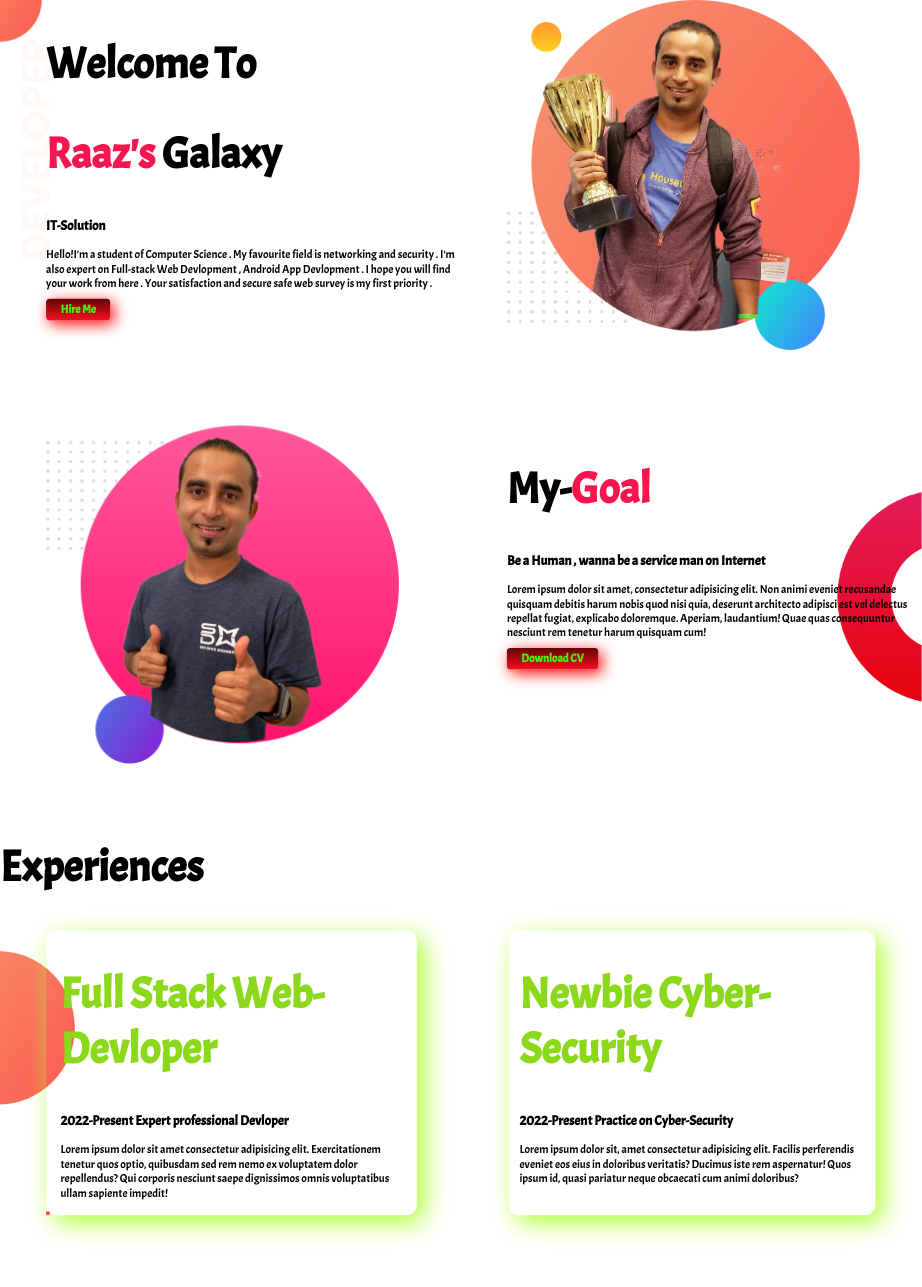
Repository: ramizraaz/my-portfolio
Page: about.html
The author's editor kept a copy of each file at every save. The page is drawn from the files as they stood at one save, then again after the next save.
The browser window is 1280 px wide. The pictures show the whole page, at 72% of full size.

Above is the page before, as saved 2022-01-18 16:36:18.

After the next save:
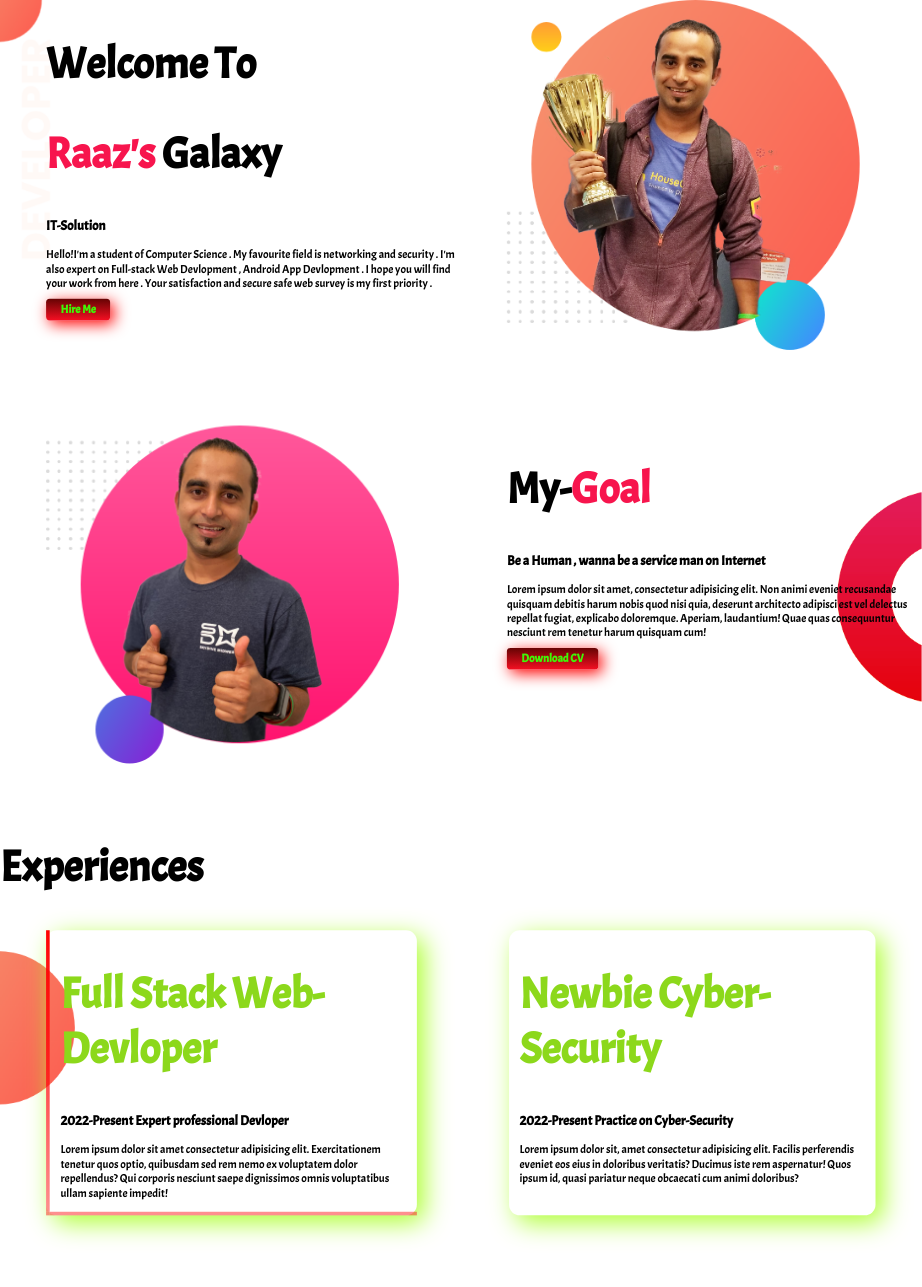
Saved 9 s later.
--- a/design.css
+++ b/design.css
@@ -76,4 +76,5 @@ span {
     border-left: 5px solid;
     border-bottom: 5px solid;
     border-image: linear-gradient(rgb(255, 1, 1), #fd212181);
+    border-image-slice: 1;
 }
